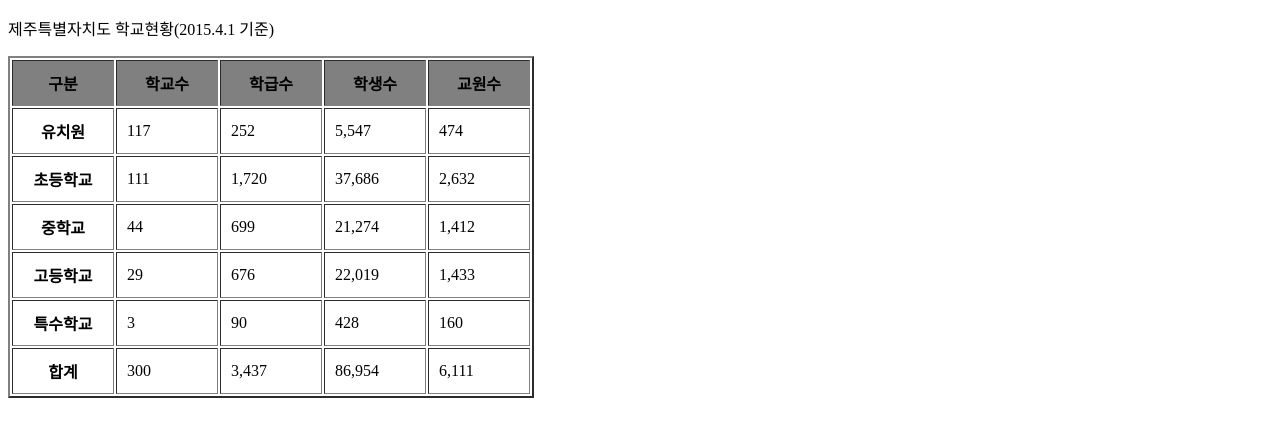
Repository: seulhwangbo/SeulJSP
Page: jspSrc17/webStandard01/src/main/webapp/02/table06.html
An editor plug-in stored every save of this project. The page is shown before and after the next save, followed by the edit.
The browser window is 1280 px wide. The pictures show the whole page.

Above is the page before, as saved 2024-06-13 06:48:38.

### jspSrc17/webStandard01/src/main/webapp/02/table06.html
<!DOCTYPE html>
<html>
<head>
<meta charset="UTF-8">
<style type="text/css">
td, th {
	padding: 10px;
	width: 80px;
}

td {
	text-decoration: strong;
	padding: 10px;
}

thead {
	background-color: gray;
}
</style>
<title>Insert title here</title>
</head>
<body>
	<caption>
		<p>제주특별자치도 학교현황(2015.4.1 기준)</p>
	</caption>
	<table border="2">
		<thead>
			<tr>
				<th>구분</th>
				<th>학교수</th>
				<th>학급수</th>
				<th>학생수</th>
				<th>교원수</th>
			</tr>
		</thead>
		<tr>
			<th>유치원</th>
			<td>117</td>
			<td>252</td>
			<td>5,547</td>
			<td>474</td>
		</tr>
		<tr>
			<th>초등학교</th>
			<td>111</td>
			<td>1,720</td>
			<td>37,686</td>
			<td>2,632</td>
		</tr>
		<tr>
			<th>중학교</th>
			<td>44</td>
			<td>699</td>
			<td>21,274</td>
			<td>1,412</td>
		</tr>
		<tr>
			<th>고등학교</th>
			<td>29</td>
			<td>676</td>
			<td>22,019</td>
			<td>1,433</td>
		</tr>
		<tr>
			<th>특수학교</th>
			<td>3</td>
			<td>90</td>
			<td>428</td>
			<td>160</td>
		</tr>
		<tr>
			<th>합계</th>
			<td>300</td>
			<td>3,437</td>
			<td>86,954</td>
			<td>6,111</td>
		</tr>
	</table>
</body>
</html>

After the next save:
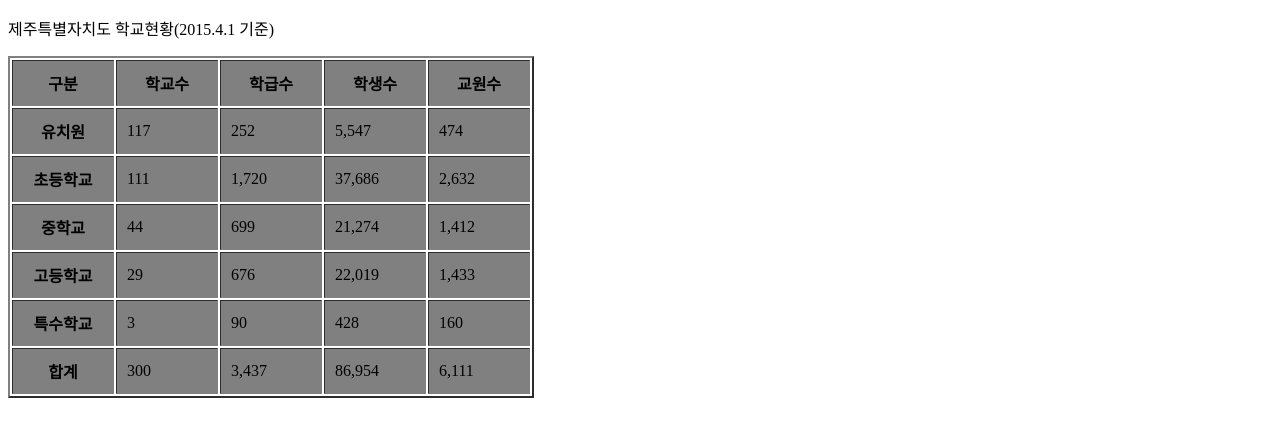
Saved 10 s later.
--- a/jspSrc17/webStandard01/src/main/webapp/02/table06.html
+++ b/jspSrc17/webStandard01/src/main/webapp/02/table06.html
@@ -13,7 +13,7 @@ td {
 	padding: 10px;
 }
 
-thead {
+thead,tbody {
 	background-color: gray;
 }
 </style>
